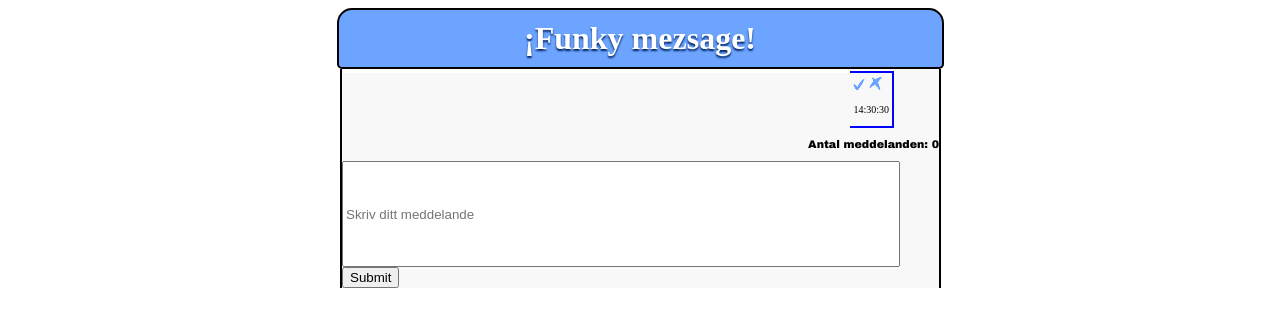
Repository: sk222sw/1dv403-laborationer
Page: 2-labbymezzage/index.html
The author's editor kept a record of every edit. The page is drawn from the files as they stood at one moment, then again after the next edit.
The browser window is 1280 px wide. The pictures show the whole page.

Above is the page before.

### 2-labbymezzage/index.html
<!DOCTYPE html>
<html lang="sv">
<head>
    <meta charset="utf-8" />
    <title>Labby Message</title>

    <link rel="stylesheet" href="css/css.css" />

    <!--<link href='http://fonts.googleapis.com/css?family=Rock+Salt' rel='stylesheet' type='text/css'>-->

</head>
    <body>
        <div id="container">
            <header>
                <h1>¡Funky mezsage!</h1>
            </header>

            <main>
                <section id="mainsection">
                    <section class="msgSection">

                        <div id="buttons">
                            <div id="timeButton"></div>
                            <div id="deleteButton"></div>
                            <p class="time">14:30:30</p>
                        </div>


                    </section>

                    <section id="newTextSection">
                        <p id="messageCounter">Antal meddelanden: 0</p>
                        <form>
                            <input type="text" id="textarea" name="textarea" placeholder="Skriv ditt meddelande">
                            <input type="submit" value="Submit" id="submit" />
                        </form>
                    </section>
                </section>
            </main>


            <script type="text/javascript" src="script/MessageBoard.js"></script>
            <script type="text/javascript" src="script/message.js"></script>
        </div>
    </body>
</html>

### 2-labbymezzage/css/css.css
/*
container
    main
        header
            h1
        section
            p
            textarea
*/

container: {
    width: 600px;
}

main {
    width: 600px;

    margin: 0 auto;


}

#mainsection {
    width: 597px;

    background: #f8f8f8;


    border-right: solid black 2px;
    border-left: solid black 2px;
}

header {
    margin: 0 auto;
    margin-bottom: 0px;
    background: #6CA4FF;

    width: 603px;

    border: solid black 2px;
    border-bottom: solid black 2px;

    border-top-left-radius: 15px;
    border-top-right-radius: 15px;
    border-bottom-left-radius: 5px;
    border-bottom-right-radius: 5px;

    padding-top: 10px;
    padding-bottom: 10px;
}

h1 {
    position: relative;
    margin: 0 auto;

    text-align: center;
    color: white;
    text-shadow: 0px 2px 2px #00235E;
    /*font-family: "Arial", "Rock Salt";*/

}

.area {
    position: relative;
}

.msgSection {
    position: relative;

    width: 550px;
    border: solid white 2px;

    margin-bottom: 65px;
    padding: -2px;
}

.time {
    text-align: right;
    font-size: 10px;
}


#timeButton {
	background: url('../pics/checksprite.png') no-repeat -2px -2px;
	width: 12px;
	height: 11px;
	display: inline-block;
}

#deleteButton {
	background: url('../pics/checksprite.png') no-repeat -17px -2px;
	width: 13px;
	height: 13px;
	display: inline-block;
}

#messageDiv {
    border-bottom: solid #0004FF 2px;
    border-top: solid #0004FF 2px;
    border-left: solid #0004FF 2px;
    width: 500px;
    float: left;

    background-color: #6ca4ff;
    color: white;
    font-family: 'Arial Black', sans-serif;
    font-size: 15px;

}

#messageDiv2 {
    border-bottom: solid #0004FF 2px;
    border-top: solid #0004FF 2px;
    border-left: solid #0004FF 2px;
    width: 500px;
    float: left;

    background-color: #6ca4ff;
    color: white;
    font-family: 'Arial Black', sans-serif;
    font-size: 15px;

    height: 200px;

}


#buttons {
    padding: 3px;
    padding-bottom: 1px;
    border-right: solid #0004FF 2px;
    border-top: solid #0004FF 2px;
    border-bottom: solid #0004FF 2px;
    float: right;
}

#newTextSection {
    display: block;

    font-family: 'Arial Black';
    font-size: 11px;
}

#messageCounter {
    text-align: right;
}

.msgText {
    padding-left: 5px;
}

#textarea {
    width: 550px;
    height: 100px;
}

.hejsa {
    width: 100px;
    height: 100px;
    border: solid red 2px;
}

### 2-labbymezzage/script/MessageBoard.js
"use strict";

    var MessageBoard = {
        messages: [],
        submit: document.getElementById("submit"),
        textarea: document.getElementById("textarea"),
        messageDiv: document.getElementById("msgSection"),

        init:function(e){
            document.getElementById("submit").onclick = MessageBoard.createMessage;

        },

        createMessage: function (e){
            MessageBoard.messages.push(new Message(MessageBoard.textarea.value, new Date()));
            MessageBoard.writeMessages(MessageBoard.messages);
            // console.log(MessageBoard.messages.toString());
            return false; // för att förhindra att sidan defaultladdas om
        },

        writeThisMessage: function(thisMess){
            var div = document.createElement("div");
            var deleteButton = document.createElement("input");
            var messageDiv = document.getElementsByClassName("msgSection");

            deleteButton.setAttribute("type", "submit");
            deleteButton.setAttribute("value", "delete");
            console.log(MessageBoard.messages[thisMess].toString());

            div.className = "messageDiv2";

            // messageDiv.appendChild(div);

            // div.className = "messageDiv2";
            // div.innerHTML = MessageBoard.messages[thisMess].toString();
            // MessageBoard.messageDiv.appendChild(div);
        },



        writeMessages: function (message) {
            // MessageBoard.textarea.placeholder = "Skriv här";
            // MessageBoard.textarea.value = "";   //Tar bort den inskrivna texten

            // MessageBoard.messageDiv.innerHTML = "";  //Raderar alla meddelanden innan loopen skriver ut dem igen

            for (var i = 0; i < MessageBoard.messages.length; i++) {
                MessageBoard.writeThisMessage(i);
            }

        },

    };

        // var para = document.createElement("p");
        // var node = document.createTextNode("This is new.");
        // para.appendChild(node);
        // var element = document.getElementById("div1");
        // element.appendChild(para);


window.onload = MessageBoard.init;

### 2-labbymezzage/script/message.js
"use strict";

function Message (message, date) {

    this.getText = function() {
        return message;
    },

    this.setText = function(_text) {
        message = _text;
    };

    this.getDate = function() {
        return date;
    };

    this.setDate = function(_date) {
        date = _date;
    };

}

Message.prototype.toString = function() {
    return this.getText()+" ("+this.getDate()+")";
};

Message.prototype.getHTMLText = function() {
    return Message.getText;
};

Message.prototype.getDateText = function() {
    return Message.getDate;
};

After the next edit:
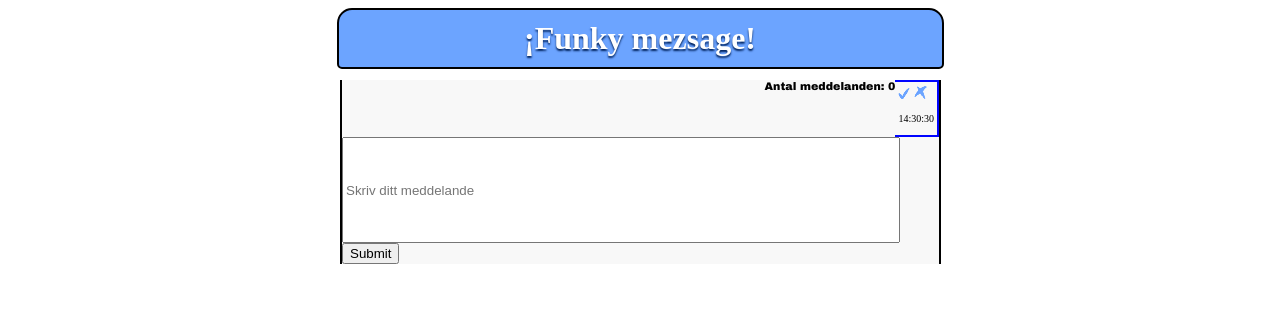
The edit:
--- a/2-labbymezzage/index.html
+++ b/2-labbymezzage/index.html
@@ -17,7 +17,7 @@
 
             <main>
                 <section id="mainsection">
-                    <section class="msgSection">
+                    <section id="msgSection">
 
                         <div id="buttons">
                             <div id="timeButton"></div>

After the 4 edits that followed:
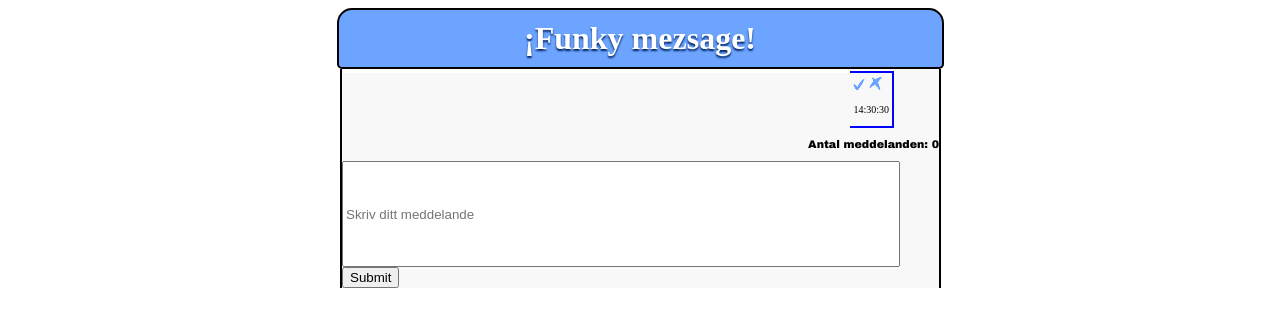
The 4 edits are shown as one change because 3 left the picture as it was.
The edit:
--- a/2-labbymezzage/css/css.css
+++ b/2-labbymezzage/css/css.css
@@ -64,7 +64,7 @@
     position: relative;
 }
 
-.msgSection {
+#msgSection {
     position: relative;
 
     width: 550px;
@@ -108,11 +108,11 @@
 
 }
 
-#messageDiv2 {
+.messageDiv2 {
     border-bottom: solid #0004FF 2px;
     border-top: solid #0004FF 2px;
     border-left: solid #0004FF 2px;
-    width: 500px;
+    width: 50;
     float: left;
 
     background-color: #6ca4ff;
@@ -120,7 +120,7 @@
     font-family: 'Arial Black', sans-serif;
     font-size: 15px;
 
-    height: 200px;
+    height: 20;
 
 }
 
